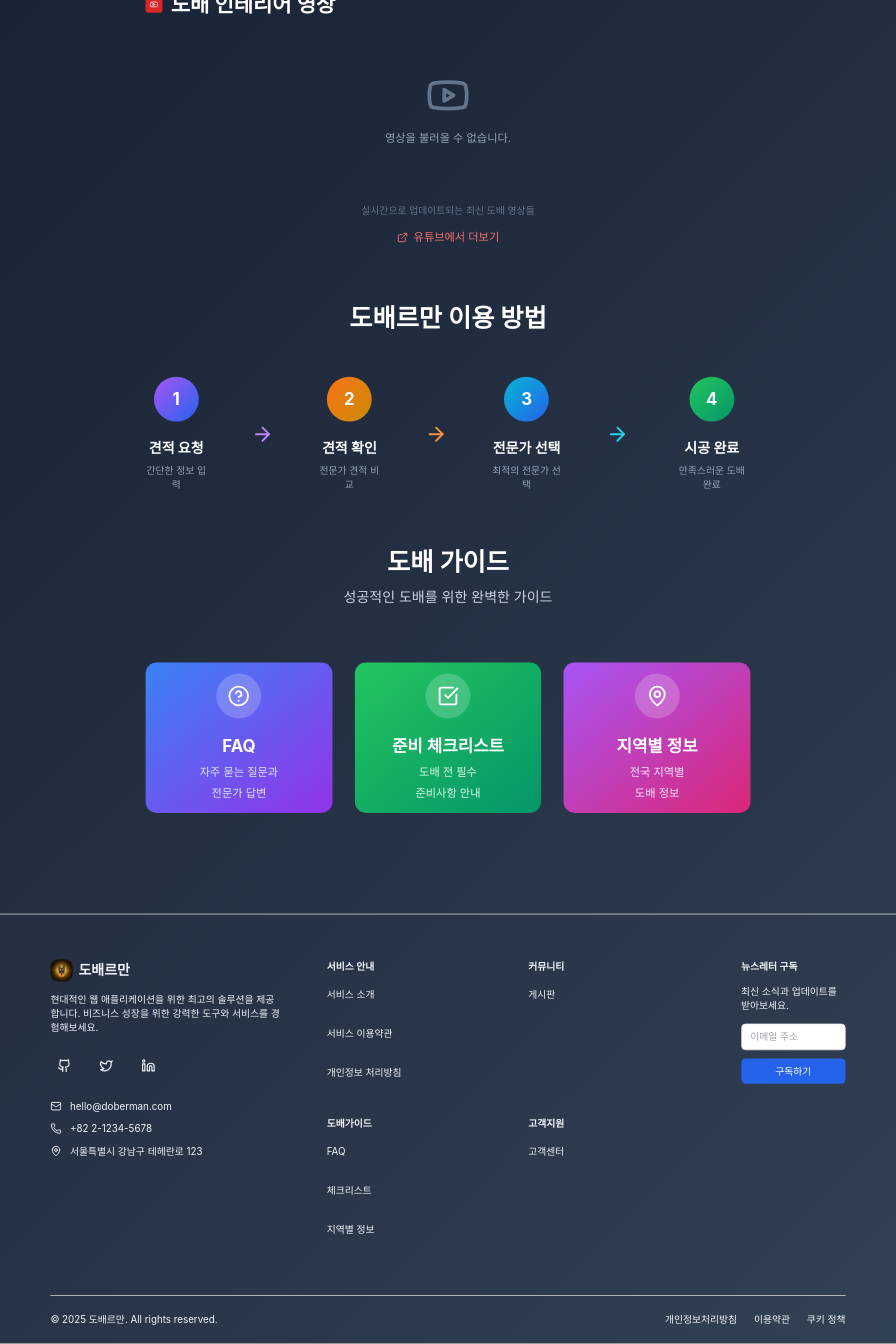
Repository: rambozzang/doberman_nextjs
Page: /
An editor plug-in stored every save of this project. The page is shown before and after the next save, followed by the edit.
The browser window is 1280 px wide. The pictures show the part of the page from y = 1695 to 3615 px (the page is 3615 px tall before and 3567 px after), at 70% of full size.
The page's requests for data from a server got no answer. The project was rebuilt for these pictures with package versions that can differ from the ones it lists, and the page was loaded fresh each time. The framework's server and built-in components were replaced by stand-ins that run in the browser. No one was signed in, and anything a server would have sent is missing. Also part of the build but not shown: next.config.mjs, next.config.ts, src/components/AutoLogoutWarning.tsx, src/components/ForgotPasswordModal.tsx, src/components/LoginModal.tsx, src/components/RegisterModal.tsx.

Above is the page before, as saved 2025-06-28 00:47:10.

After the next save:
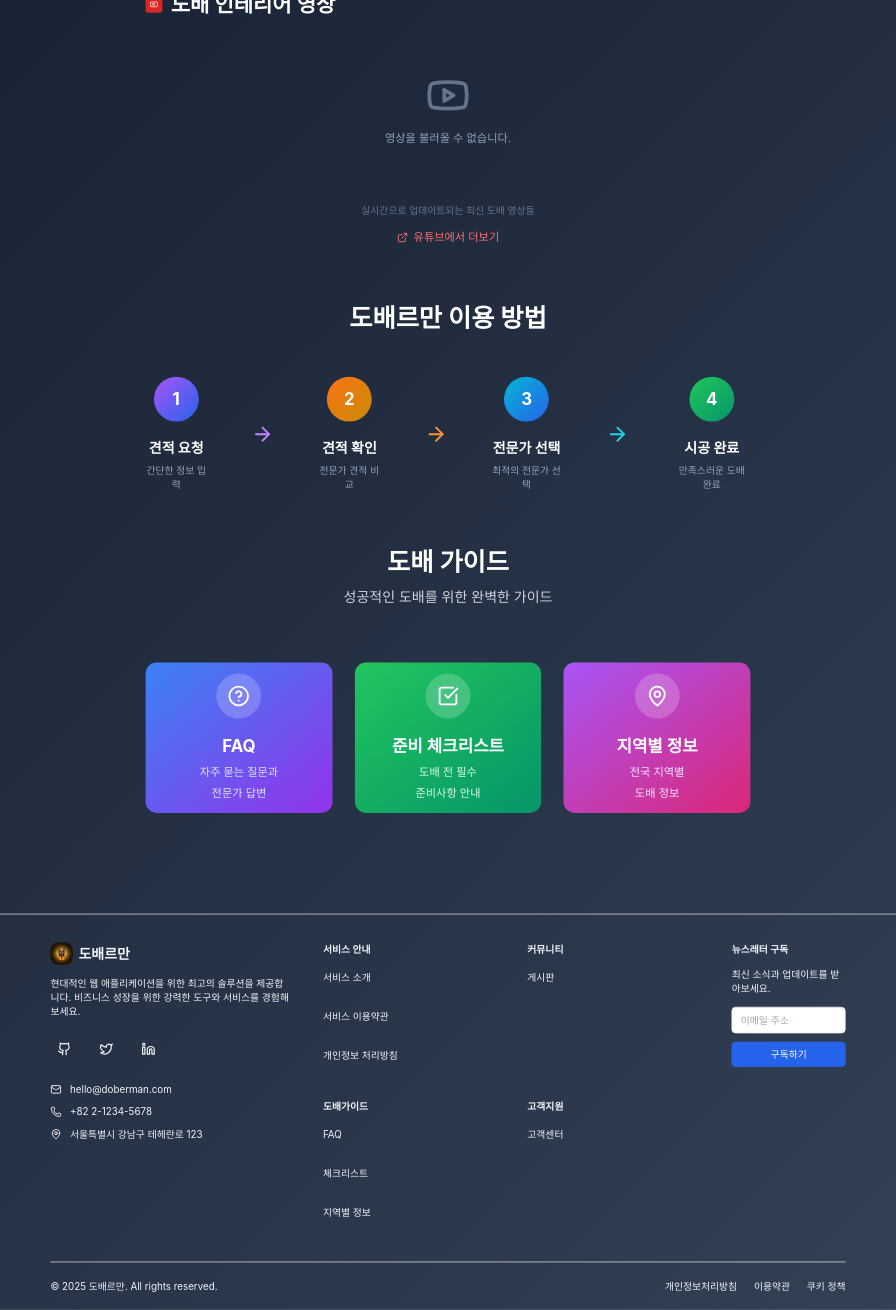
Saved 29 min 49 s later.
--- a/src/components/Footer.tsx
+++ b/src/components/Footer.tsx
@@ -114,8 +114,8 @@ const Footer: React.FC<FooterProps> = ({
     <footer className="bg-background border-t border-border">
       <div className="container mx-auto px-4 sm:px-6 lg:px-8">
         {/* Main Footer Content */}
-        <div className="py-8 sm:py-12 lg:py-16">
-          <div className="grid grid-cols-1 md:grid-cols-2 lg:grid-cols-12 gap-6 sm:gap-8 lg:gap-12">
+        <div className="py-6 sm:py-8 lg:py-10">
+          <div className="grid grid-cols-1 md:grid-cols-2 lg:grid-cols-12 gap-4 sm:gap-6 lg:gap-8">
             {/* Company Info */}
             <div className="md:col-span-2 lg:col-span-4 space-y-4 sm:space-y-6">
               <motion.div
